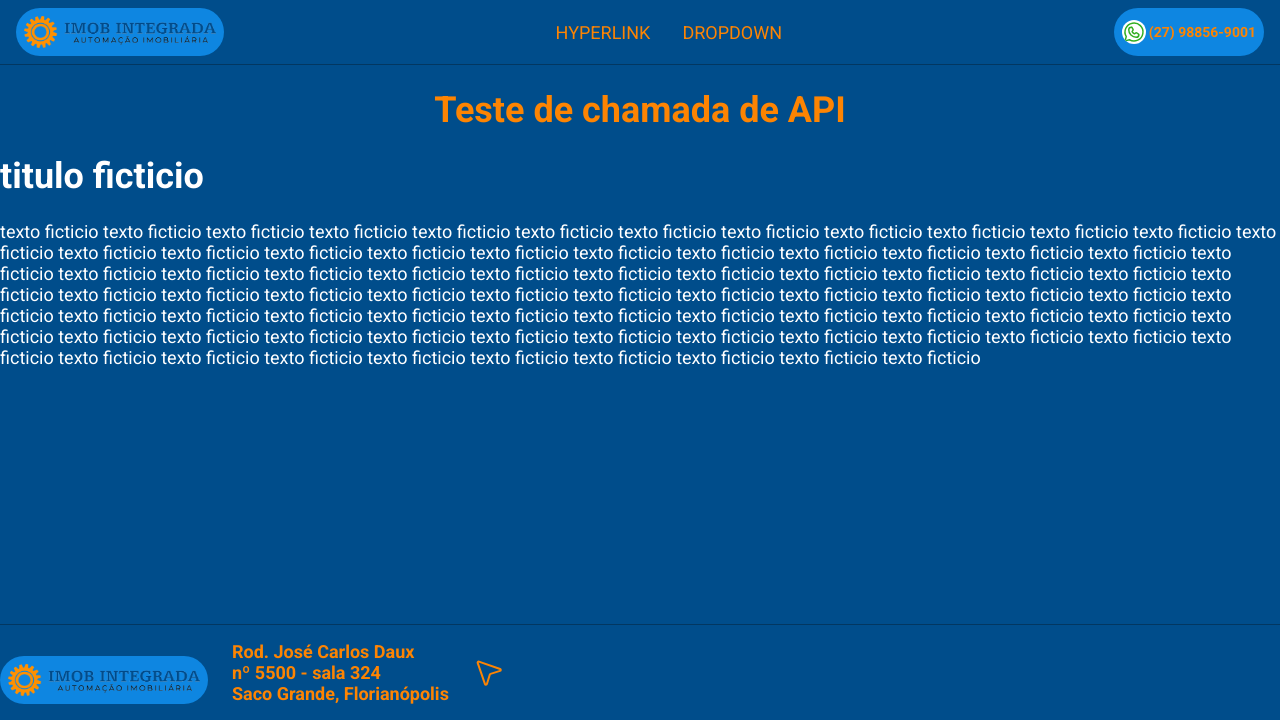
Repository: K0slov/testeAPI
Page: /
An editor plug-in stored every save of this project. The page is shown before and after the next save, followed by the edit.
The browser window is 1280 px wide. The pictures show the whole page.
The project was rebuilt for these pictures with package versions that can differ from the ones it lists, and the page was loaded fresh each time. Also part of the build but not shown: vite.config.ts, src/components/SelectBar/styles.css, src/components/SelectBar/selectBar.tsx.

Above is the page before, as saved 2022-06-28 16:58:07.

### index.html
<!DOCTYPE html>
<html lang="en">
  <head>
    <meta charset="UTF-8" />
    <link rel="icon" type="image/svg+xml" href="/src/favicon.svg" />
    <meta name="viewport" content="width=device-width, initial-scale=1.0" />
    <link rel="preconnect" href="https://fonts.googleapis.com" />
    <link rel="preconnect" href="https://fonts.gstatic.com" crossorigin />
    <link href="https://fonts.googleapis.com/css2?family=Roboto:wght@400;500;700&display=swap" rel="stylesheet" />
    <title>Teste Imob</title>
  </head>
  <body>
    <div id="root"></div>
    <script type="module" src="/src/main.tsx"></script>
  </body>
</html>

### src/App.tsx
import { Footer } from "./components/Footer/footer"
import { Header } from "./components/Header/header"
import { Home } from "./pages/home"

function App() {
  return (
    <>
      <Header />
        <Home />
      <Footer />
    </>
  )
}

export default App

### src/styles/global.css
body {
  width: 100%;
  height: 100%;
  margin: 0;
  font-family: 'Roboto', sans-serif;
  font-size: 18px;
  -webkit-font-smoothing: antialiased;
  -moz-osx-font-smoothing: grayscale;
  background-color: #004d8b;
  color: white;
}
code {
  font-family: source-code-pro, Menlo, Monaco, Consolas, 'Courier New',
    monospace;
}

### src/components/Footer/footer.tsx
import './style.css'
import image from '../../assets/logoLaranja.png'
import { NavigationArrow } from 'phosphor-react'

export function Footer() {
    return (
        <footer>
            <img src={image} />
            <a className='adressLink' href='https://www.google.com/maps/dir/-20.165736,-40.2578957/imob+integrada/@-23.8194615,-49.2158798,6z/data=!3m1!4b1!4m9!4m8!1m1!4e1!1m5!1m1!1s0x9527473fa16aca85:0xaacb5a64ef59b145!2m2!1d-48.5090423!2d-27.5352896' target='_blank'>
                <div className='adress'>
                    <span>Rod. José Carlos Daux</span>
                    <span>nº 5500 - sala 324</span>
                    <span>Saco Grande, Florianópolis</span>
                </div>
                <NavigationArrow size={32} />
            </a>
        </footer>
    )
}

### src/components/Header/header.tsx
import './style.css'
import image from '../../assets/logoLaranja.png'
import { WhatsappLogo } from "phosphor-react";
import { useState } from 'react';
import { SelectBar } from '../SelectBar/selectBar';

export function Header() {
    const [navbar, setNavbar] = useState(false)
    const showSidebar = () => setNavbar(!navbar)

    return(
        <header className='header'>
            <img className='img' src={image} />

            <nav className="menu">
                <a className="menu-item" href="https://www.youtube.com/watch?v=FavUpD_IjVY&t=2s" target='_blank'>HYPERLINK</a>
                <a  onClick={showSidebar}><span className="menu-item"> DROPDOWN</span>
                <nav className={navbar ? 'nav-menu active' : 'nav-menu'}>
                    <ul className='nav-menu-items' onClick={showSidebar}>
                    {navbar && <SelectBar />}
                    </ul>
                </nav>
                </a>
            </nav>

            <a className="wppLink" href="https://wa.me/+5527988569001" target="_blank">
                <div className="wpp">
                    <WhatsappLogo className="icon" size={24} color="#34af23" />
                    <p className="number">(27) 98856-9001</p>
                </div>
            </a>
        </header>
    )
}

### src/pages/home.tsx
import { CardsGroup } from "../components/CardsGroup/cardsGroup";
import { Conteudo } from "../components/Conteudo/conteudo";

export function Home() {
    return(
        <>
            <h1 style={{display: "flex", alignItems: "center", flexDirection: "column-reverse", color: "#fd8402", cursor: "default" }}> Teste de chamada de API </h1>
            {/* <CardsGroup /> */}
            <Conteudo />
        </>
    )
}

### src/components/Footer/style.css
footer {
    width: 100%;
    padding: 1rem 0rem;
    background-color: #004d8b;
    display: flex;
    color: #fd8402;
    bottom: 0;
    align-items: self-end;
    justify-content: flex-start;
    border-top: 1px solid;
    border-color: #023761;
    position: fixed;
}
img {
    width: 12rem;
    height: 2rem;
    background: #0e86e1;
    border-radius: 5rem;
    padding: 0.5rem;
}
.adress {
    display: flex;
    flex-direction: column;
    margin: 0rem 1.5rem;
}
.adressLink {
    text-decoration: none;
    color: #fd8402;
    font-weight: bold;
    display: flex;
    align-items: center;
    justify-content: flex-start;
}

### src/components/Header/style.css
.header{
    padding: 0.5rem 1rem;
    background-color: #004d8b;
    display: flex;
    align-items: center;
    color: #fd8402;
    justify-content: space-between;
    border-bottom: 1px solid ;
    border-color: #023761;
}
.img{
    width: 12rem;
    height: 2rem;
    background: #0e86e1;
    border-radius: 5rem;
    padding: 0.5rem;
}
.wpp {
    width: auto;
    height: 2rem;
    display: flex;
    flex-direction: row;
    background: #0e86e1;
    border-radius: 5rem;
    padding: 0.5rem;
    align-items: center;
    justify-content: flex-start;
}
.number {
    margin-left: 0.2rem;
    font-size: 14px;
}
.wppLink {
    text-decoration: none;
    color: #fd8402;
    font-weight: bold;
}
.wppLink:hover {
    color: #0e86e1;
    transition-duration: 150ms;
}
.wpp:hover {
    background: #fd8402;
    transition-duration: 150ms;
}
.menu {
    display: flex;
    justify-content: space-between;
}

.menu-item {
    margin: 0rem 1rem;
    color: #fd8402;
    text-decoration: none;
    cursor: pointer;
}
.menu-item:hover {
    opacity: 40%;
}
.icon {
    background: white;
    border-radius: 50%;
}
.nav-menu-items {
    position: fixed;
    display: flex;
    margin: 0;
    transition-duration: 250ms;
}

### src/components/Conteudo/conteudo.tsx
export function Conteudo() {
    return (
        <div>
            <h1> titulo ficticio </h1>
            <p> texto ficticio texto ficticio texto ficticio texto ficticio texto ficticio texto ficticio texto ficticio texto ficticio texto ficticio texto ficticio texto ficticio texto ficticio texto ficticio texto ficticio texto ficticio texto ficticio texto ficticio texto ficticio texto ficticio texto ficticio texto ficticio texto ficticio texto ficticio texto ficticio texto ficticio texto ficticio texto ficticio texto ficticio texto ficticio texto ficticio texto ficticio texto ficticio texto ficticio texto ficticio texto ficticio texto ficticio texto ficticio texto ficticio texto ficticio texto ficticio texto ficticio texto ficticio texto ficticio texto ficticio texto ficticio texto ficticio texto ficticio texto ficticio texto ficticio texto ficticio texto ficticio texto ficticio texto ficticio texto ficticio texto ficticio texto ficticio texto ficticio texto ficticio texto ficticio texto ficticio texto ficticio texto ficticio texto ficticio texto ficticio texto ficticio texto ficticio texto ficticio texto ficticio texto ficticio texto ficticio texto ficticio texto ficticio texto ficticio texto ficticio texto ficticio texto ficticio texto ficticio texto ficticio texto ficticio texto ficticio texto ficticio texto ficticio </p>
        </div>
    )
}

Loaded but not shown: src/main.tsx (common file)

After the next save:
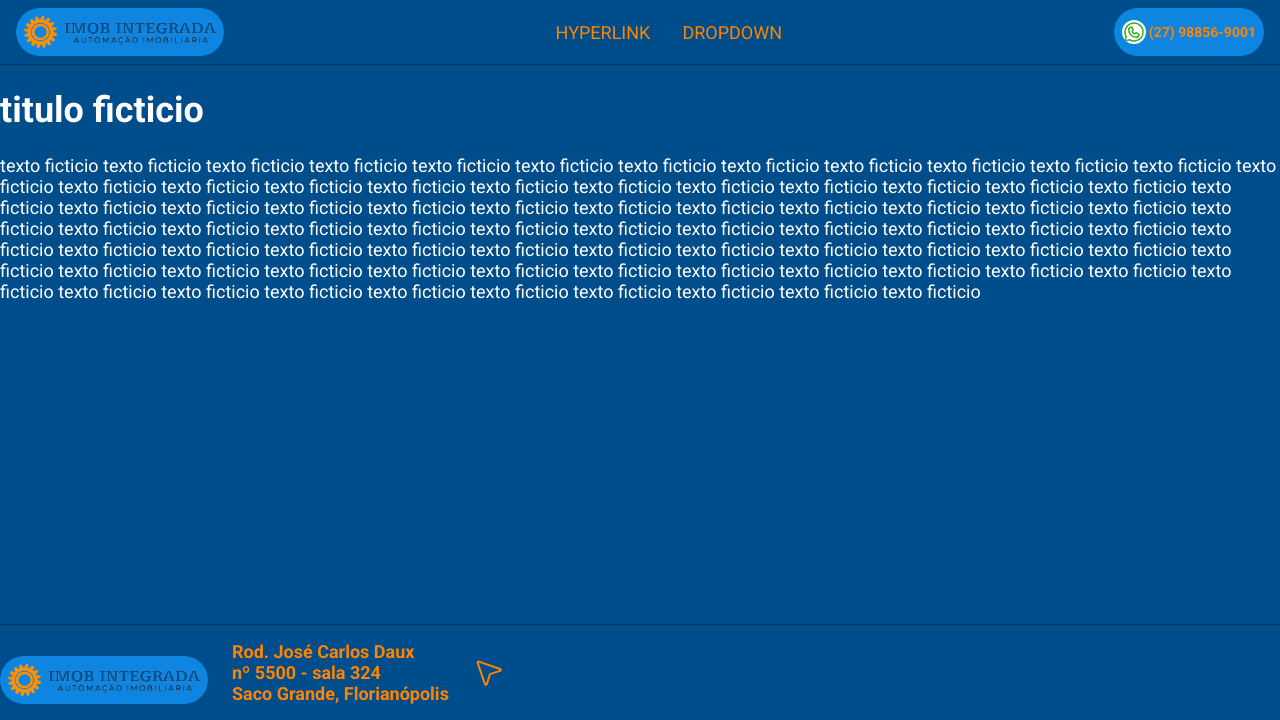
Saved 24 s later.
--- a/src/pages/home.tsx
+++ b/src/pages/home.tsx
@@ -4,8 +4,8 @@ import { Conteudo } from "../components/Conteudo/conteudo";
 export function Home() {
     return(
         <>
-            <h1 style={{display: "flex", alignItems: "center", flexDirection: "column-reverse", color: "#fd8402", cursor: "default" }}> Teste de chamada de API </h1>
-            {/* <CardsGroup /> */}
+            {/* <h1 style={{display: "flex", alignItems: "center", flexDirection: "column-reverse", color: "#fd8402", cursor: "default" }}> Teste de chamada de API </h1>
+            <CardsGroup /> */}
             <Conteudo />
         </>
     )
